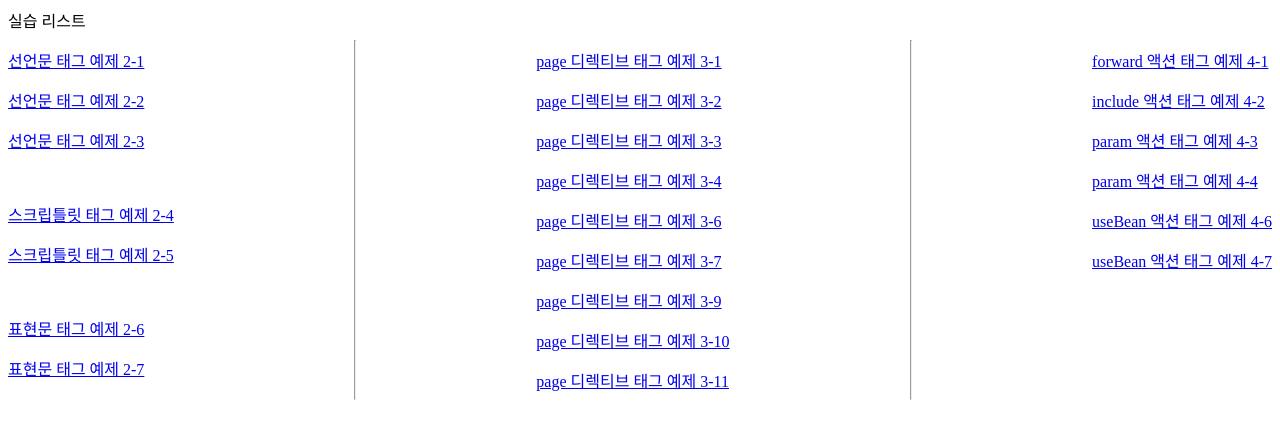
Repository: man332414/myJspStudy
Page: http://localhost/jspbook/
These files come from the project's save history. The page is drawn as it stood at one moment and after the next save; the edit follows.
The browser window is 1280 px wide. The pictures show the whole page.
The page is served by Tomcat 10. Nobody is signed in. The application's start-up code is not run.

Above is the page before, as saved 2024-10-10 03:54:38.

After the next save:
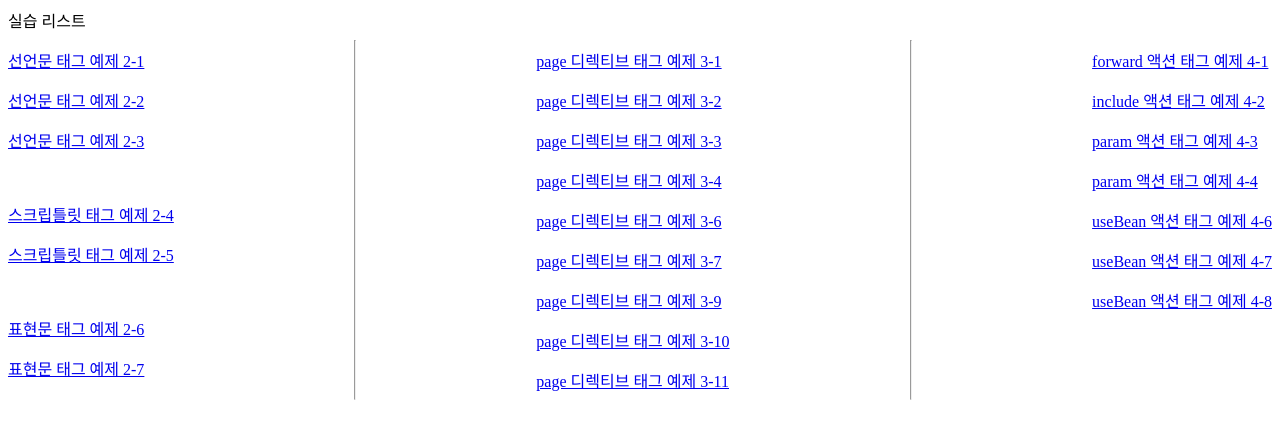
Saved 70 s later.
--- a/jspbook/src/main/webapp/index.jsp
+++ b/jspbook/src/main/webapp/index.jsp
@@ -40,6 +40,7 @@
 			<p><a href = "4_4"> param 액션 태그 예제 4-4</a>
 			<p><a href = "4_6"> useBean 액션 태그 예제 4-6</a></p>
 			<p><a href = "4_7"> useBean 액션 태그 예제 4-7</a></p>
+			<p><a href = "4_8"> useBean 액션 태그 예제 4-8</a></p>
 		</div>
 	</div>
 
